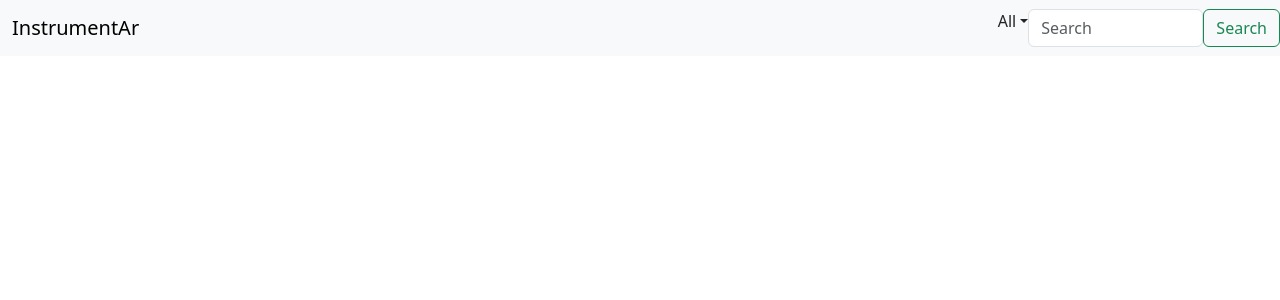
Repository: Meinuel/InstrumentAr
Page: /
These files come from the project's save history. The page is drawn as it stood at one moment and after the next save; the edit follows.
The browser window is 1280 px wide. The pictures show the whole page.
The project was rebuilt for these pictures with package versions that can differ from the ones it lists, and the page was loaded fresh each time.

Above is the page before, as saved 2021-09-13 20:39:16.

After the next save:
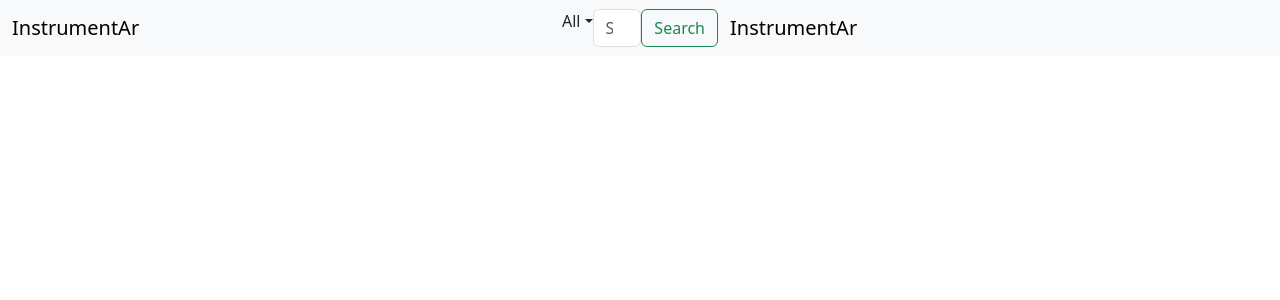
Saved 27 s later.
--- a/src/components/NavBar/NavBar.js
+++ b/src/components/NavBar/NavBar.js
@@ -27,6 +27,9 @@
                     />
                     <Button variant="outline-success">Search</Button>
             </Form>
+            <Container>
+                <Navbar.Brand href="#home">InstrumentAr</Navbar.Brand>
+            </Container>
         </Navbar>
     );
 }

After the save that followed:
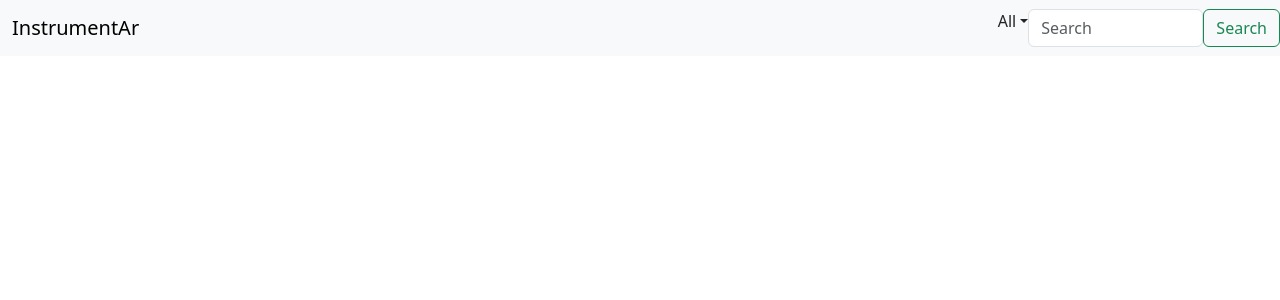
Saved 26 s later.
--- a/src/components/NavBar/NavBar.js
+++ b/src/components/NavBar/NavBar.js
@@ -27,9 +27,6 @@
                     />
                     <Button variant="outline-success">Search</Button>
             </Form>
-            <Container>
-                <Navbar.Brand href="#home">InstrumentAr</Navbar.Brand>
-            </Container>
         </Navbar>
     );
 }
